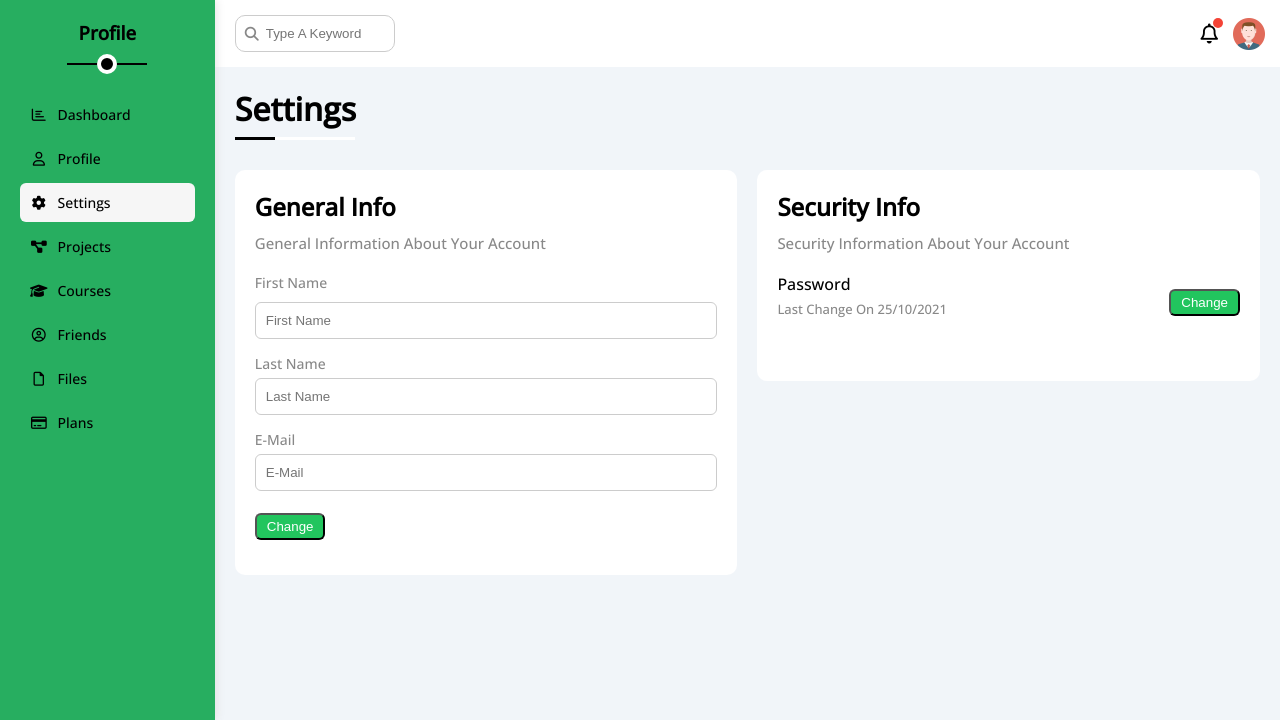
Repository: souhailaniba/Bookly
Page: public/assets/books webstie/settings.html
The author's editor kept a copy of each file at every save. The page is drawn from the files as they stood at one save, then again after the next save.
The browser window is 1280 px wide. The pictures show the whole page.

Above is the page before, as saved 2023-01-27 14:58:41.

### public/assets/books webstie/settings.html
<!DOCTYPE html>
<html lang="en">
  <head>
    <meta charset="UTF-8" />
    <meta http-equiv="X-UA-Compatible" content="IE=edge" />
    <meta name="viewport" content="width=device-width, initial-scale=1.0" />
    <title>Settings</title>
    <link rel="stylesheet" href="css/all.min.css" />
    <link rel="stylesheet" href="css/framework.css" />
    <link rel="stylesheet" href="css/master.css" />
    <link rel="preconnect" href="https://fonts.googleapis.com" />
    <link rel="preconnect" href="https://fonts.gstatic.com" crossorigin />
    <link href="https://fonts.googleapis.com/css2?family=Open+Sans:wght@300;500&display=swap" rel="stylesheet" />
  </head>
  <body>
    <div class="page d-flex">
      <div class="sidebar bg-white p-20 p-relative"   style="background-color: #27ae60;">
        <h3 class="p-relative txt-c mt-0">Profile</h3>
        <ul>
          <li>
            <a class="d-flex align-center fs-14 c-black rad-6 p-10" href="profil.html">
              <i class="fa-regular fa-chart-bar fa-fw"></i>
              <span>Dashboard</span>
            </a>
          </li>
          <li>
            <a class="d-flex align-center fs-14 c-black rad-6 p-10" href="profile.html">
              <i class="fa-regular fa-user fa-fw"></i>
              <span>Profile</span>
            </a>
          </li>
          <li>
            <a class="active d-flex align-center fs-14 c-black rad-6 p-10" href="settings.html">
              <i class="fa-solid fa-gear fa-fw"></i>
              <span>Settings</span>
            </a>
          </li>
          <li>
            <a class="d-flex align-center fs-14 c-black rad-6 p-10" href="projects.html">
              <i class="fa-solid fa-diagram-project fa-fw"></i>
              <span>Projects</span>
            </a>
          </li>
          <li>
            <a class="d-flex align-center fs-14 c-black rad-6 p-10" href="courses.html">
              <i class="fa-solid fa-graduation-cap fa-fw"></i>
              <span>Courses</span>
            </a>
          </li>
          <li>
            <a class="d-flex align-center fs-14 c-black rad-6 p-10" href="friends.html">
              <i class="fa-regular fa-circle-user fa-fw"></i>
              <span>Friends</span>
            </a>
          </li>
          <li>
            <a class="d-flex align-center fs-14 c-black rad-6 p-10" href="files.html">
              <i class="fa-regular fa-file fa-fw"></i>
              <span>Files</span>
            </a>
          </li>
          <li>
            <a class="d-flex align-center fs-14 c-black rad-6 p-10" href="plans.html">
              <i class="fa-regular fa-credit-card fa-fw"></i>
              <span>Plans</span>
            </a>
          </li>
        </ul>
      </div>
      <div class="content w-full">
        <!-- Start Head -->
        <div class="head bg-white p-15 between-flex">
          <div class="search p-relative">
            <input class="p-10" type="search" placeholder="Type A Keyword" />
          </div>
          <div class="icons d-flex align-center">
            <span class="notification p-relative">
              <i class="fa-regular fa-bell fa-lg"></i>
            </span>
            <img src="imgs/avatar.png" alt="" />
          </div>
        </div>
        <!-- End Head -->
        <h1 class="p-relative">Settings</h1>
        <div class="settings-page m-20 d-grid gap-20">
          <form action="">
          <!-- Start Settings Box -->
          <div class="p-20 bg-white rad-10">
            <h2 class="mt-0 mb-10">General Info</h2>
            <p class="mt-0 mb-20 c-grey fs-15">General Information About Your Account</p>
            <div class="mb-15">
              <label class="fs-14 c-grey d-block mb-10" for="first">First Name</label>
              <input
                class="b-none border-ccc p-10 rad-6 d-block w-full"
                type="text"
                id="first"
                placeholder="First Name"
              />
            </div>
            <div class="mb-15">
              <label class="fs-14 c-grey d-block mb-5" for="last">Last Name</label>
              <input
                class="b-none border-ccc p-10 rad-6 d-block w-full"
                id="last"
                type="text"
                placeholder="Last Name"
              />
            </div>
            <div class="mb-15">
              <label class="fs-14 c-grey d-block mb-5" for="email">E-Mail</label>
              <input
                class="b-none border-ccc p-10 rad-6 d-block w-full"
                id="email"
                type="email"
                placeholder="E-Mail"
              />
              <br>
              <button class="button bg-green c-white btn-shape" type="submit" action="">Change</button>
            </div>
          </div>
        </form>
          <!-- End Settings Box -->
          <!-- Start Settings Box -->
          <form action="">
          <div class="p-20 bg-white rad-10">
            <h2 class="mt-0 mb-10">Security Info</h2>
            <p class="mt-0 mb-20 c-grey fs-15">Security Information About Your Account</p>
            <div class="sec-box mb-15 between-flex">
              <div>
                <span>Password</span>
                <p class="c-grey mt-5 mb-0 fs-13">Last Change On 25/10/2021</p>
              </div>
              <button class="button bg-green c-white btn-shape" type="submit" action="">Change</button>
            </div>
          </div>
        </form>
          <!-- End Settings Box -->
        </div>
      </div>
    </div>
  </body>
</html>

### public/assets/books webstie/css/framework.css
:root {
  --blue-color: #0075ff;
  --blue-alt-color: #0d69d5;
  --orange-color: #f59e0b;
  --green-color: #22c55e;
  --red-color: #f44336;
  --grey-color: #888;
}
/* Start Box */
.d-flex {
  display: flex;
}
.f-wrap {
  flex-wrap: wrap;
}
.align-center {
  align-items: center;
}
.space-between {
  justify-content: space-between;
}
.d-grid {
  display: grid;
}
.gap-20 {
  gap: 20px;
}
.d-block {
  display: block;
}
@media (max-width: 767px) {
  .block-mobile {
    display: block;
  }
  .hide-mobile {
    display: none;
  }
}
/* End Box */
/* Start Padding + Margin */
.p-10 {
  padding: 10px;
}
.p-15 {
  padding: 15px;
}
.p-20 {
  padding: 20px;
}
.pt-10 {
  padding-top: 10px;
}
.pt-15 {
  padding-top: 15px;
}
.pt-20 {
  padding-top: 20px;
}
.pb-10 {
  padding-bottom: 10px;
}
.pb-15 {
  padding-bottom: 15px;
}
.pb-20 {
  padding-bottom: 20px;
}
.pl-15 {
  padding-left: 15px;
}
.m-0 {
  margin: 0;
}
.m-15 {
  margin: 15px;
}
.m-20 {
  margin: 20px;
}
.mt-0 {
  margin-top: 0;
}
.mt-5 {
  margin-top: 5px;
}
.mt-10 {
  margin-top: 10px;
}
.mt-15 {
  margin-top: 15px;
}
.mt-20 {
  margin-top: 20px;
}
.mt-25 {
  margin-top: 25px;
}
.mr-10 {
  margin-right: 10px;
}
.mr-15 {
  margin-right: 15px;
}
.mb-5 {
  margin-bottom: 5px;
}
.mb-10 {
  margin-bottom: 10px;
}
.mb-15 {
  margin-bottom: 15px;
}
.mb-20 {
  margin-bottom: 20px;
}
.mb-25 {
  margin-bottom: 25px;
}
/* End Padding + Margin */
/* Start Color */
.c-black {
  color: black;
}
.c-white {
  color: white;
}
.c-grey {
  color: var(--grey-color);
}
.c-red {
  color: var(--red-color);
}
.c-green {
  color: var(--green-color);
}
.c-blue {
  color: var(--blue-color);
}
.c-orange {
  color: var(--orange-color);
}
.bg-red {
  background-color: var(--red-color);
}
.bg-green {
  background-color: var(--green-color);
}
.bg-blue {
  background-color: var(--blue-color);
}
.bg-orange {
  background-color: var(--orange-color);
}
.bg-white {
  background-color: white;
}
.bg-eee {
  background-color: #eee;
}
/* End Color */
/* Start Position */
.p-relative {
  position: relative;
}
.p-absolute {
  position: absolute;
}
/* End Position */
/* Start Font */
.txt-c {
  text-align: center;
}
.fs-13 {
  font-size: 13px;
}
.fs-14 {
  font-size: 14px;
}
.fs-15 {
  font-size: 15px;
}
.fs-25 {
  font-size: 25px;
}
.fw-bold {
  font-weight: bold;
}
@media (max-width: 767px) {
  .txt-c-mobile {
    text-align: center;
  }
}
/* End Font */
/* Start Border */
.rad-6 {
  border-radius: 6px;
}
.rad-10 {
  border-radius: 10px;
}
.rad-half {
  border-radius: 50%;
}
.b-none {
  border: none;
}
.border-ccc {
  border: 1px solid #ccc;
}
.border-eee {
  border: 1px solid #eee;
}

/* End Border */
/* Start Width + Height */
.w-full {
  width: 100%;
}
.w-100 {
  width: 100px;
}
.w-fit {
  width: fit-content;
}
.h-full {
  height: 100%;
}
.h-100 {
  height: 100px;
}
/* End Width + Height */
/* Start Components */
.center-flex {
  display: flex;
  align-items: center;
  justify-content: center;
}
.between-flex {
  display: flex;
  align-items: center;
  justify-content: space-between;
}
.btn-shape {
  padding: 4px 10px;
  border-radius: 6px;
}
/* End Components */

Loaded but not shown: public/assets/books webstie/css/all.min.css (library); public/assets/books webstie/css/master.css (1171 lines, source omitted)

After the next save:
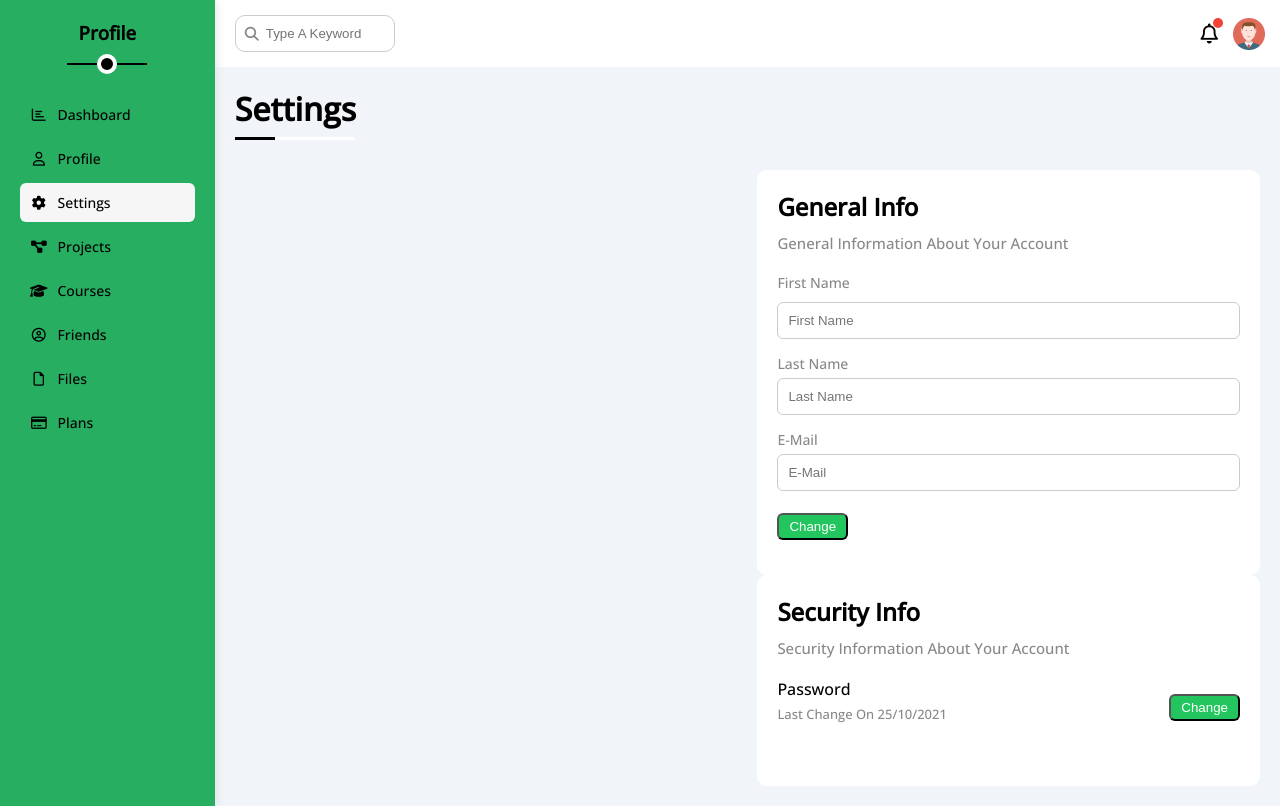
Saved 26 s later.
--- a/public/assets/books webstie/settings.html
+++ b/public/assets/books webstie/settings.html
@@ -84,7 +84,12 @@
         <h1 class="p-relative">Settings</h1>
         <div class="settings-page m-20 d-grid gap-20">
           <form action="">
+
+        </form>
+          <!-- End Settings Box -->
           <!-- Start Settings Box -->
+          <form action="">
+            <!-- Start Settings Box -->
           <div class="p-20 bg-white rad-10">
             <h2 class="mt-0 mb-10">General Info</h2>
             <p class="mt-0 mb-20 c-grey fs-15">General Information About Your Account</p>
@@ -118,10 +123,6 @@
               <button class="button bg-green c-white btn-shape" type="submit" action="">Change</button>
             </div>
           </div>
-        </form>
-          <!-- End Settings Box -->
-          <!-- Start Settings Box -->
-          <form action="">
           <div class="p-20 bg-white rad-10">
             <h2 class="mt-0 mb-10">Security Info</h2>
             <p class="mt-0 mb-20 c-grey fs-15">Security Information About Your Account</p>
